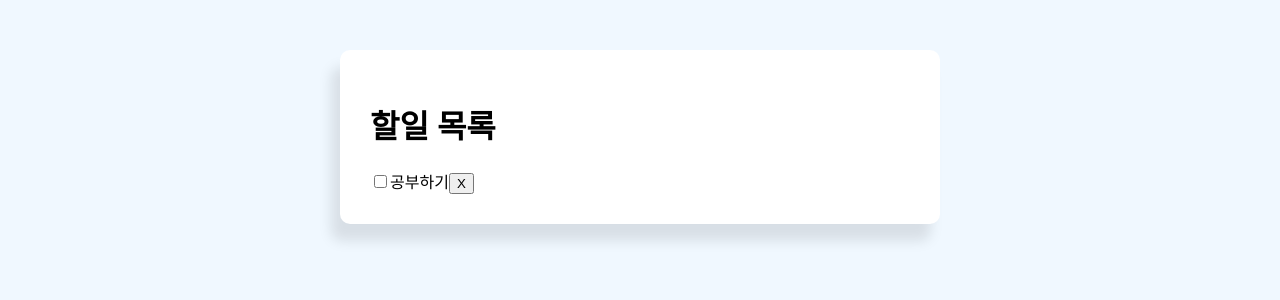
Repository: siwon9898/react-learn
Page: /
These files come from the project's save history. The page is drawn as it stood at one moment and after the next save; the edit follows.
The browser window is 1280 px wide. The pictures show the whole page.
The project was rebuilt for these pictures with package versions that can differ from the ones it lists, and the page was loaded fresh each time.

Above is the page before, as saved 2023-03-29 10:47:06.

After the next save:
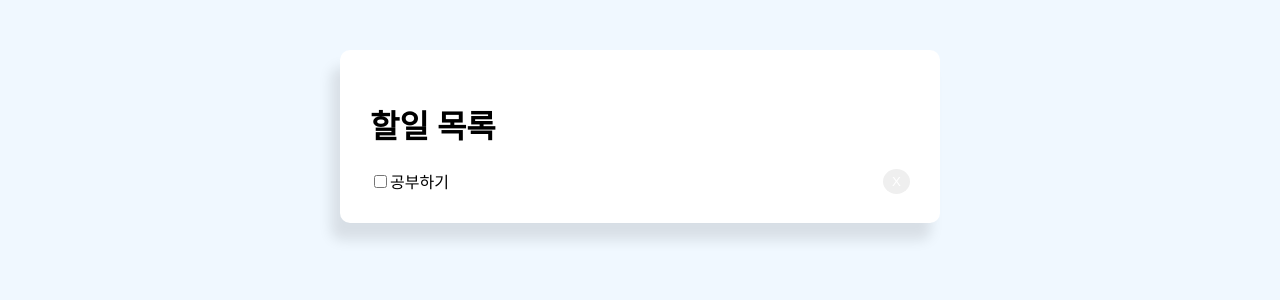
Saved 102 s later.
--- a/src/App.js
+++ b/src/App.js
@@ -1,6 +1,14 @@
 import React, { Component } from "react";
 import "./App.css";
 export default class App extends Component {
+  btnStyle = {
+    color: "#fff",
+    border: "none",
+    padding: "5px 9px",
+    borderRadius: "50%",
+    cursor: "pointer",
+    float: "right",
+  };
   render() {
     return (
       <div className="container">
@@ -11,7 +19,7 @@ export default class App extends Component {
           <div>
             <input type="checkbox" defaultChecked={false} />
             공부하기
-            <button>X</button>
+            <button style={this.btnStyle}>X</button>
           </div>
         </div>
       </div>
